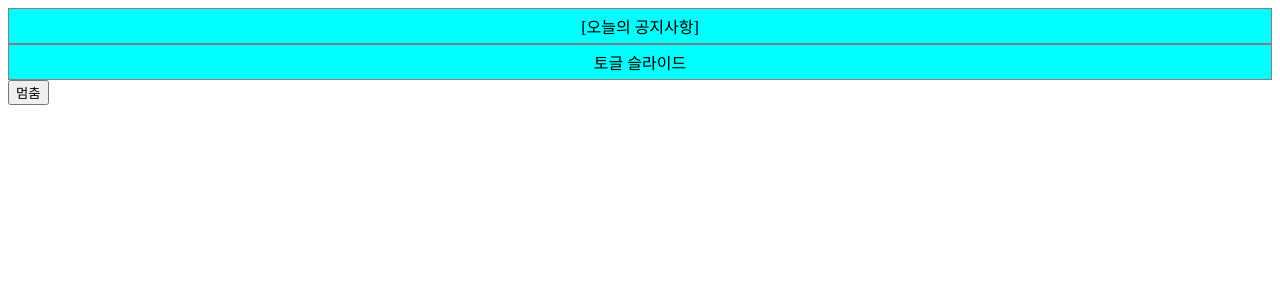
Repository: ryu1917/jsp
Page: workspace/js/ex16.html
The author's editor kept a copy of each file at every save. The page is drawn from the files as they stood at one save, then again after the next save.
The browser window is 1280 px wide. The pictures show the whole page.

Above is the page before, as saved 2021-04-19 08:02:54.

After the next save:
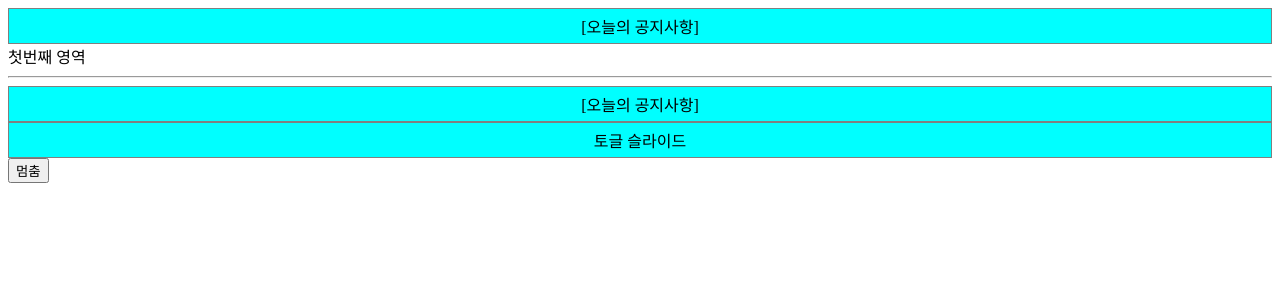
Saved 83 s later.
--- a/workspace/js/ex16.html
+++ b/workspace/js/ex16.html
@@ -18,10 +18,16 @@
 <style type="text/css">
 	#slide,#panel,#flip{padding: 5px;text-align: center;background-color: aqua;border: 1px solid gray;}
 	#panel {padding: 70px;display: none;background-color: olive;}
+
+	#s{padding: 5px;text-align: center;background-color: aqua;border: 1px solid gray;}
+	#panel {padding: 70px;display: none;background-color: olive;}
 </style>
 
 </head>
 <body>
+	<div id="s">[오늘의 공지사항]</div>
+	<div id="first"> 첫번째 영역</div>
+<hr>
 	<div id="slide">[오늘의 공지사항]</div>
 	<div id="panel" >
 		<div style="display:flex;">
